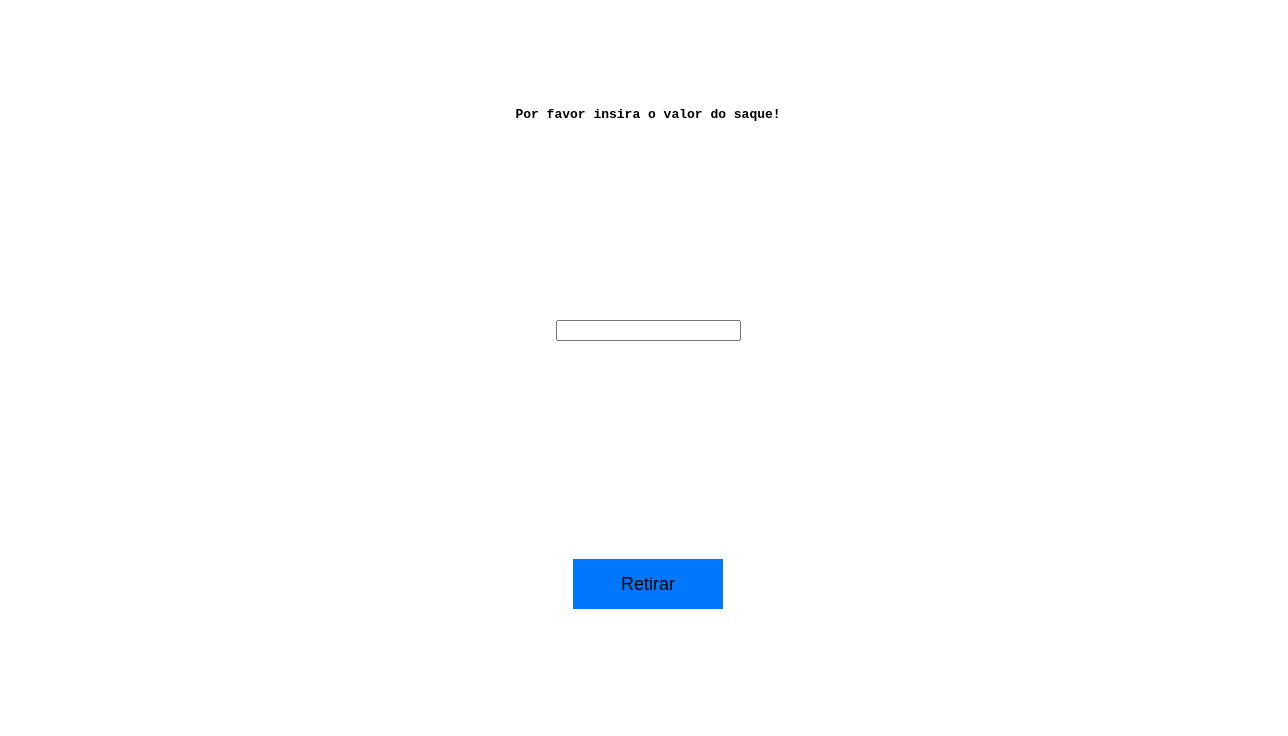
Repository: tkosudi/test-evlos
Page: index.html
These files come from the project's save history. The page is drawn as it stood at one moment and after a run of saves; the edit follows.
The browser window is 1280 px wide. The page is 1288 px wide, so the pictures cover 1288 px, including what lies to the right of the window. The pictures show the whole page.

Above is the page before, as saved 2021-09-03 11:37:55.

### index.html
<!DOCTYPE html>
<html lang="en">
  <head>
    <meta charset="UTF-8" />
    <meta http-equiv="X-UA-Compatible" content="IE=edge" />
    <meta name="viewport" content="width=device-width, initial-scale=1.0" />
    <link rel="stylesheet" href="styles.css" />
    <title>Document</title>
  </head>
  <body>
    <button id="withdraw_button">Retirar</button>
    <input type="number" id="inputData" />

    <div id="count_withdraw"></div>
  </body>
  <script src="./withdraw.js"></script>
</html>

### styles.css
body {
  height: 100vh;
  width: 100vw;
  display: flex;
  align-items: center;
  justify-content: space-around;
  flex-direction: column-reverse;
  font-family: monospace;
}

button {
  margin: 20px 0;
  width: 150px;
  height: 50px;
  font-size: large;
  background: #0077fc;
  border: none;
}

span {
  font-weight: bold;
  color: black;
}

### withdraw.js
const bills = {
  100: 1,
  50: 3,
  20: 4,
  10: 1,
  5: 3,
  2: 12,
  1: 10,
};

let responseWithdrawBills = {
  100: 0,
  50: 0,
  20: 0,
  10: 0,
  5: 0,
  2: 0,
  1: 0,
};

const billsArray = Object.keys(bills)
  .reverse()
  .map((item) => parseInt(item));

let costumerBalance = 122.5;

const withdraw = (
  valorSaque,
  inputValue,
  withdrawBills = responseWithdrawBills
) => {
  if (inputValue <= 1) {
    return "Valor inválido! Saques à partir de R$1,00.";
  }

  if (valorSaque > costumerBalance) {
    return "Você não possui saldo para sacar este valor!";
  }

  if (valorSaque === 0) {
    const billValues = Object.keys(withdrawBills).filter((key) => {
      return withdrawBills[key] > 0;
    });

    let response = "Entregar ";
    for (let i = 0; i < billValues.length; i++) {
      response += `${withdrawBills[billValues[i]]} nota de R$${
        billValues[i]
      },00, `;
    }

    let res = response.slice(0, -2) + ".";

    for (let i = 0; i < billsArray.length; i++) {
      if (responseWithdrawBills[billsArray[i]] > 0) {
        responseWithdrawBills[billsArray[i]] = 0;
      }
    }
    return res;
  }

  for (let i = 0; i < billsArray.length; i++) {
    if (bills[billsArray[i]] > 0 && valorSaque >= billsArray[i]) {
      valorSaque -= billsArray[i];
      withdrawBills[billsArray[i]]++;
      costumerBalance -= billsArray[i];
      bills[billsArray[i]]--;
      return withdraw(valorSaque, withdrawBills);
    }
  }
};
// module.exports.withdraw = withdraw;
let response = document.getElementById("count_withdraw");
const span = document.createElement("span");
span.textContent = "Por favor insira o valor do saque!";
response.appendChild(span);

document.getElementById("withdraw_button").onclick = () => {
  document.getElementById("count_withdraw").innerHTML = "";
  let withdrawInputData = document.getElementById("inputData").value;
  span.textContent = withdraw(withdrawInputData, withdrawInputData);
  response.appendChild(span);
};

After the next 2 saves:
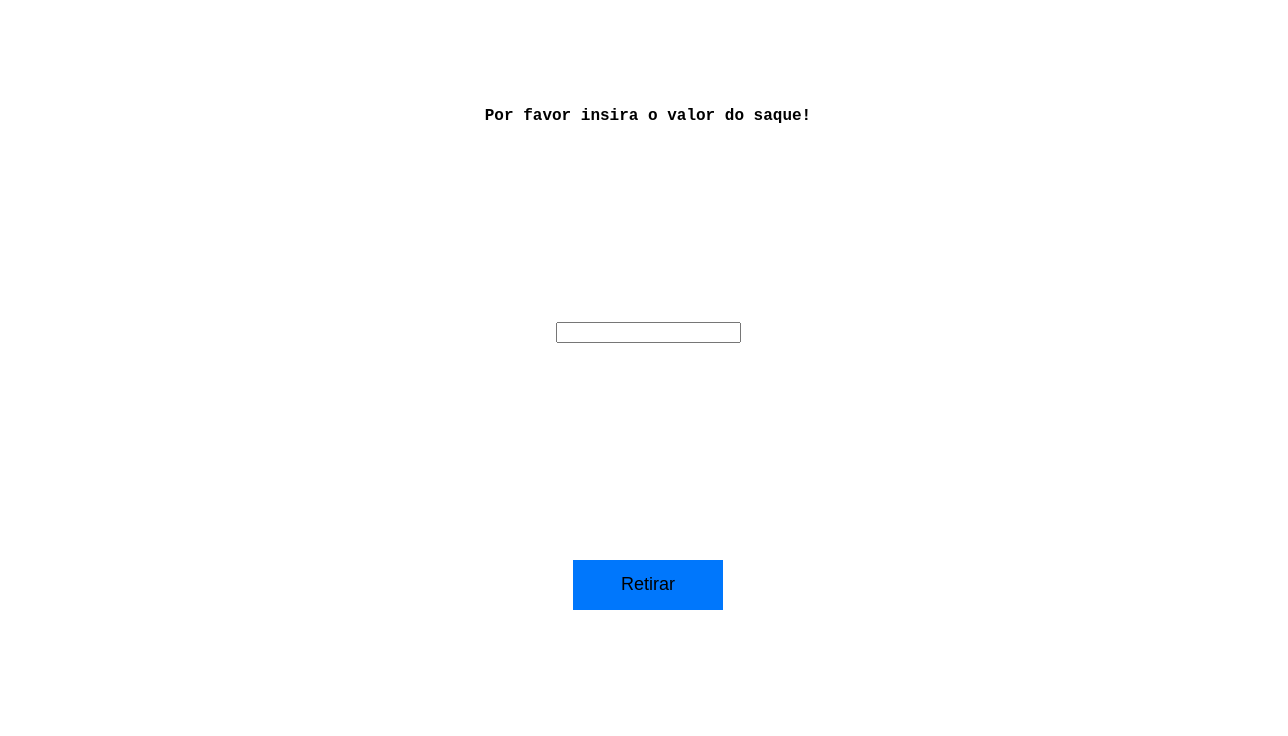
The 2 saves are shown as one change because they came seconds apart.
The last was saved 9 s later.
--- a/styles.css
+++ b/styles.css
@@ -19,5 +19,6 @@ button {
 
 span {
   font-weight: bold;
+  font-size: large;
   color: black;
 }
